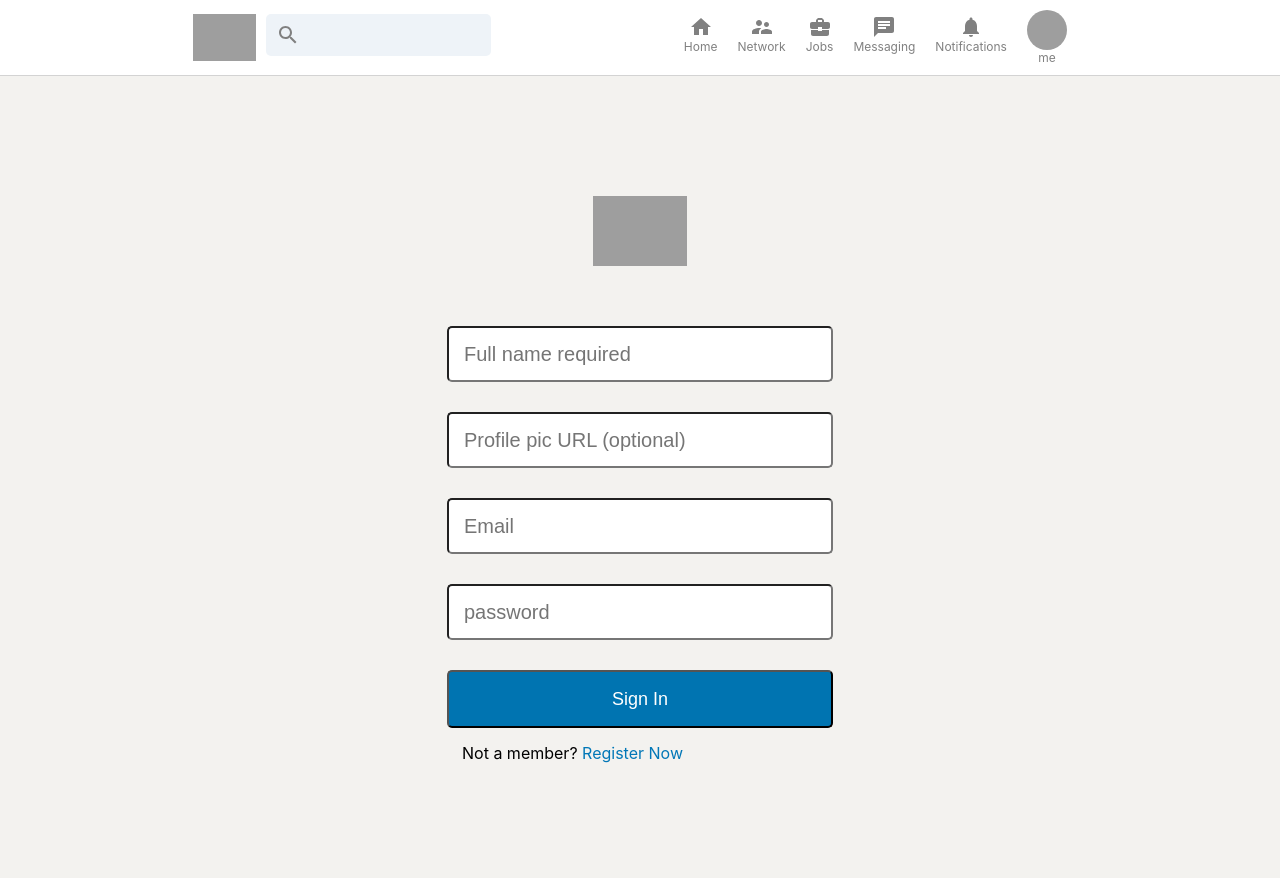
Repository: Tracy-maker/linkedin_clone
Page: /
The author's editor kept a copy of each file at every save. The page is drawn from the files as they stood at one save, then again after a run of saves.
The browser window is 1280 px wide. The pictures show the whole page.
Pictures or frames that could not be fetched are drawn as grey boxes. The project was rebuilt for these pictures with package versions that can differ from the ones it lists, and the page was loaded fresh each time. Also part of the build but not shown: src/components/Sidebar/Sidebar.jsx, src/firebase.js, src/components/InputOption/InputOption.jsx, src/components/Post/Post.jsx, src/components/Post/index.jsx, src/components/Feed/Feed.jsx.

Above is the page before, as saved 2023-11-07 22:41:36.

### src/App.js
import React from "react";
import Header from "./components/Header/Header";
import Sidebar from "./components/Sidebar";
import styled from "styled-components";
import Feed from "./components/Feed";
import { useSelector } from "react-redux";
import { selectUser } from "./features/userSlice";
import Login from "./components/Login";

const LinkedInContainer = styled.div`
  background-color: #f3f2ef;
  min-height: 100vh;
  width: 100%;
  display: flex;
  flex-direction: column;
`;

const LinkedInBody = styled.div`
  display: flex;
  flex: 1;
`;

function App() {
  const user = useSelector(selectUser);

  return (
    <LinkedInContainer>
      <Header />

      {!user ? (
        <Login />
      ) : (
        <LinkedInBody>
          <Sidebar />
          <Feed />
        </LinkedInBody>
      )}
    </LinkedInContainer>
  );
}

export default App;

### src/features/userSlice.js
import { createSlice } from "@reduxjs/toolkit";

export const userSlice = createSlice({
  name: "user",
  initialState: {
    user: null,
  },
  reducers: {
    login: (state, action) => {
      state.value = action.payload;
    },
    logout: (state) => {
      state.value = null;
    },
  },
});
export const { login, logout } = userSlice.actions;
export const selectUser = (state) => state.user.user;
export default userSlice.reducer;

### src/components/Header/Header.jsx
import React from "react";
import Search from "@mui/icons-material/Search";
import HeaderOption from "../HeaderOption/HeaderOption.jsx";
import HomeIcon from "@mui/icons-material/Home";
import SupervisorAccountIcon from "@mui/icons-material/SupervisorAccount";
import BusinessCenterIcon from "@mui/icons-material/BusinessCenter";
import ChatIcon from "@mui/icons-material/Chat";
import NotificationsIcon from "@mui/icons-material/Notifications";
import styled from "styled-components";

const HeaderContainer = styled.div`
  position: sticky;
  top: 0;
  z-index: 999;
  display: flex;
  align-items: center;
  justify-content: space-evenly;
  border-bottom: 0.1px solid lightgray;
  padding-top: 10px;
  padding-bottom: 10px;
  width: 100%;
  background-color: white;
`;

const LeftContainer = styled.div`
  display: flex;
`;

const LogoImage = styled.img`
  height: 47px;
  margin-right: 10px;
  object-fit: contain;
`;

const SearchContainer = styled.div`
  display: flex;
  align-items: center;
  padding: 10px;
  border-radius: 5px;
  height: 22px;
  color: gray;
  background-color: #eef3f8;
`;

const SearchInput = styled.input`
  outline: none;
  border: none;
  background: none;
`;

const RightContainer = styled.div`
  display: flex;
`;

function Header() {
  return (
    <HeaderContainer>
      <LeftContainer>
        <LogoImage
          src="https://i.ibb.co/4PCvv6f/Screenshot-2023-11-07-at-9-50-48-pm.png"
          alt="logo image"
        />
        <SearchContainer>
          <Search />
          <SearchInput />
        </SearchContainer>
      </LeftContainer>
      <RightContainer>
        <HeaderOption Icon={HomeIcon} title="Home" />
        <HeaderOption Icon={SupervisorAccountIcon} title="Network" />
        <HeaderOption Icon={BusinessCenterIcon} title="Jobs" />
        <HeaderOption Icon={ChatIcon} title="Messaging" />
        <HeaderOption Icon={NotificationsIcon} title="Notifications" />
        <HeaderOption
          avatar="https://i.ibb.co/MRHHtS5/Wechat-IMG7.jpg"
          title="me"
          size="300"
        />
      </RightContainer>
    </HeaderContainer>
  );
}

export default Header;

### src/components/Feed/index.jsx
export { default } from "./Feed";

### src/components/HeaderOption/HeaderOption.jsx
import styled from "styled-components";
import { Avatar } from "@material-ui/core";

const HeaderOptionContainer = styled.div`
  display: flex;
  flex-direction: column;
  align-items: center;
  margin-right: 20px;
  color: gray;
  cursor: pointer;

  &:hover {
    color: black;
  }
`;

const HeaderOptionTitle = styled.h3`
  font-size: 12px;
  font-weight: 400;
`;

const HeaderOptionIcon = styled.img`
  margin-top: 5px;
  object-fit: contain;
  height: 25px;
  width: 25px;
`;

function HeaderOption ({ avatar, Icon, title }){
  return (
    <HeaderOptionContainer>
      {Icon && <HeaderOptionIcon as={Icon} />}
      {avatar && <Avatar src={avatar} />}
      <HeaderOptionTitle>{title}</HeaderOptionTitle>
    </HeaderOptionContainer>
  );
};

export default HeaderOption;

### src/components/Login/Login.jsx
import React, { useState } from "react";
import styled from "styled-components";

const LoginContainer = styled.div`
  display: grid;
  place-items: center;
  margin-left: auto;
  margin-right: auto;
  padding-top: 100px;
  padding-bottom: 100px;
`;

const LinkedinImage = styled.img`
  object-fit: contain;
  height: 70px;
  margin-top: 20px;
  margin-bottom: 20px;
`;

const LoginForm = styled.form`
  display: flex;
  flex-direction: column;
  margin-top: 40px;
`;

const Input = styled.input`
  width: 365px;
  height: 50px;
  font-size: 20px;
  padding-left: 15px;
  margin-bottom: 30px;
  border-radius: 5px;
`;

const SignInButton = styled.button`
  height: 58px;
  font-size: large;
  color: #ffffff;
  background: #0074b1;
  border-radius: 5px;
  cursor: pointer;

  &:hover {
    font-weight: 800;
    background: rgb(101, 215, 250);
  }
`;

const OptionWords = styled.p`
  padding: 15px;
`;

const RegisterLink = styled.span`
  color: #0177b7;
  cursor: pointer;
`;
function Login() {
  const [email, setEmail] = useState("");
  const [password, setPassword] = useState("");
  const [fullName, setFullName] = useState("");
  const [profilePic, setProfilePic] = useState("");

  const register = () => {
    if (!fullName) {
      return alert("Please enter a full name...");
    }
  };

  return (
    <LoginContainer>
      <LinkedinImage
        src="https://i.ibb.co/qBQbcDx/Screenshot-2023-11-06-at-11-59-00-am.png"
        alt="Linkedin"
      />
      <LoginForm action="">
        <Input
          type="text"
          placeholder="Full name required"
          value={fullName}
          required
          onChange={(e) => setFullName(e.target.value)}
        />
        <Input
          placeholder="Profile pic URL (optional)"
          type="text"
          required
          value={profilePic}
          onChange={(e) => setProfilePic(e.target.value)}
        />
        <Input
          placeholder="Email"
          type="email"
          required
          value={email}
          onChange={(e) => setEmail(e.target.value)}
        />
        <Input placeholder="password" />
        <SignInButton>Sign In</SignInButton>
        <OptionWords>
          Not a member? <RegisterLink> Register Now</RegisterLink>
        </OptionWords>
      </LoginForm>
    </LoginContainer>
  );
}

export default Login;

Loaded but not shown: public/index.html (common file); src/index.js (common file); src/app/store.js (common file); src/index.css (common file); src/components/Sidebar/index.jsx (common file); src/components/Login/index.jsx (common file)

After the next 2 saves:
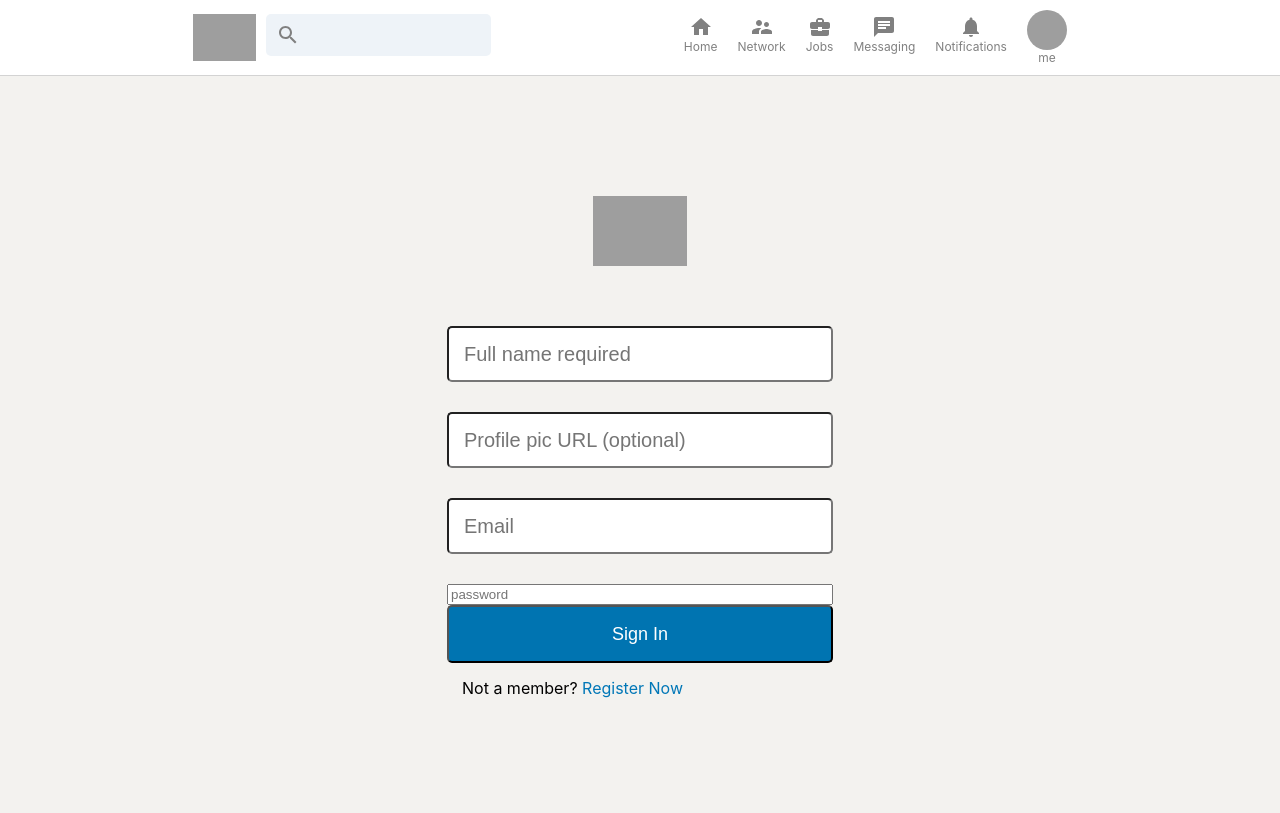
The 2 saves are shown as one change because 1 did not build or start.
The last was saved 22 s later.
--- a/src/components/Login/Login.jsx
+++ b/src/components/Login/Login.jsx
@@ -94,7 +94,13 @@ function Login() {
           value={email}
           onChange={(e) => setEmail(e.target.value)}
         />
-        <Input placeholder="password" />
+        <input
+          placeholder="password"
+          type="password"
+          required
+          value={password}
+          onChange={(e) => setPassword(e.target.value)}
+        />
         <SignInButton>Sign In</SignInButton>
         <OptionWords>
           Not a member? <RegisterLink> Register Now</RegisterLink>
